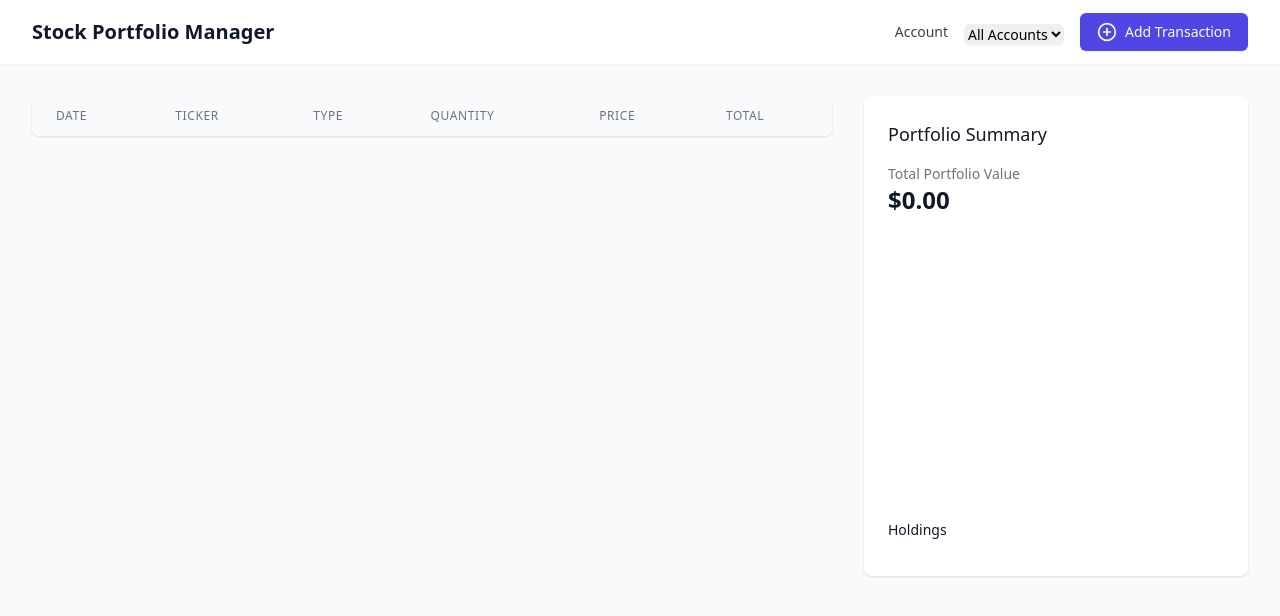
Repository: gpierre004/stock_portfolio_management
Page: /
These files come from the project's save history. The page is drawn as it stood at one moment and after the next save; the edit follows.
The browser window is 1280 px wide. The pictures show the whole page.
The page's requests for data from a server got no answer. The project was rebuilt for these pictures with package versions that can differ from the ones it lists, and the page was loaded fresh each time. No one was signed in, and anything a server would have sent is missing. Also part of the build but not shown: vite.config.ts, src/components/TransactionForm.tsx, src/components/ErrorBoundary.tsx.

Above is the page before, as saved 2024-11-22 20:16:00.

### src/App.tsx
import React from 'react';
import { QueryClient, QueryClientProvider } from '@tanstack/react-query';
import TransactionList from './components/TransactionList';
import TransactionForm from './components/TransactionForm';
import PortfolioSummary from './components/PortfolioSummary';
import AccountSelector from './components/AccountSelector';
import ErrorBoundary from './components/ErrorBoundary';
import { PlusCircle } from 'lucide-react';

const queryClient = new QueryClient();

function App() {
  const [isFormOpen, setIsFormOpen] = React.useState(false);
  const [selectedAccountId, setSelectedAccountId] = React.useState<number | null>(null);

  return (
    <QueryClientProvider client={queryClient}>
      <div className="min-h-screen bg-gray-50">
        <nav className="bg-white shadow-sm">
          <div className="max-w-7xl mx-auto px-4 sm:px-6 lg:px-8">
            <div className="flex justify-between h-16 items-center">
              <h1 className="text-xl font-semibold text-gray-900">Stock Portfolio Manager</h1>
              <div className="flex items-center space-x-4">
                <AccountSelector
                  selectedAccountId={selectedAccountId}
                  onAccountChange={setSelectedAccountId}
                />
                <button
                  onClick={() => setIsFormOpen(true)}
                  className="inline-flex items-center px-4 py-2 border border-transparent text-sm font-medium rounded-md shadow-sm text-white bg-indigo-600 hover:bg-indigo-700 focus:outline-none focus:ring-2 focus:ring-offset-2 focus:ring-indigo-500"
                >
                  <PlusCircle className="w-5 h-5 mr-2" />
                  Add Transaction
                </button>
              </div>
            </div>
          </div>
        </nav>

        <main className="max-w-7xl mx-auto px-4 sm:px-6 lg:px-8 py-8">
          <div className="grid grid-cols-1 lg:grid-cols-3 gap-8">
            <div className="lg:col-span-2">
              <ErrorBoundary>
                <TransactionList accountId={selectedAccountId} />
              </ErrorBoundary>
            </div>
            <div>
              <ErrorBoundary>
                <PortfolioSummary accountId={selectedAccountId} />
              </ErrorBoundary>
            </div>
          </div>
        </main>

        {isFormOpen && (
          <TransactionForm
            onClose={() => setIsFormOpen(false)}
            accountId={selectedAccountId}
          />
        )}
      </div>
    </QueryClientProvider>
  );
}

export default App;

### src/components/TransactionList.tsx
import React from 'react';
import { useQuery } from '@tanstack/react-query';
import axios from 'axios';
import {
  createColumnHelper,
  flexRender,
  getCoreRowModel,
  useReactTable,
  getSortedRowModel,
} from '@tanstack/react-table';
import { format } from 'date-fns';

interface Transaction {
  purchase_id: number;
  ticker: string;
  purchase_date: string;
  quantity: number;
  type: string;
  purchase_price: number;
  description?: string;
  comment?: string;
  account_id?: number;
}

interface TransactionListProps {
  accountId: number | null;
}

const columnHelper = createColumnHelper<Transaction>();

const columns = [
  columnHelper.accessor('purchase_date', {
    header: 'Date',
    cell: (info) => format(new Date(info.getValue()), 'MM/dd/yyyy'),
  }),
  columnHelper.accessor('ticker', {
    header: 'Ticker',
  }),
  columnHelper.accessor('type', {
    header: 'Type',
  }),
  columnHelper.accessor('quantity', {
    header: 'Quantity',
    cell: (info) => info.getValue().toFixed(5),
  }),
  columnHelper.accessor('purchase_price', {
    header: 'Price',
    cell: (info) => `$${info.getValue().toFixed(2)}`,
  }),
  columnHelper.accessor(
    row => row.quantity * row.purchase_price,
    {
      id: 'total',
      header: 'Total',
      cell: (info) => `$${info.getValue().toFixed(2)}`,
    }
  ),
];

export default function TransactionList({ accountId }: TransactionListProps) {
  const { data: transactions = [] } = useQuery({
    queryKey: ['transactions', accountId],
    queryFn: async () => {
      const url = accountId
        ? `http://localhost:3000/api/transactions?accountId=${accountId}`
        : 'http://localhost:3000/api/transactions';
      const { data } = await axios.get(url);
      return data;
    },
  });

  const table = useReactTable({
    data: transactions,
    columns,
    getCoreRowModel: getCoreRowModel(),
    getSortedRowModel: getSortedRowModel(),
  });

  return (
    <div className="bg-white shadow rounded-lg overflow-hidden">
      <div className="overflow-x-auto">
        <table className="min-w-full divide-y divide-gray-200">
          <thead className="bg-gray-50">
            {table.getHeaderGroups().map(headerGroup => (
              <tr key={headerGroup.id}>
                {headerGroup.headers.map(header => (
                  <th
                    key={header.id}
                    className="px-6 py-3 text-left text-xs font-medium text-gray-500 uppercase tracking-wider"
                  >
                    {flexRender(
                      header.column.columnDef.header,
                      header.getContext()
                    )}
                  </th>
                ))}
              </tr>
            ))}
          </thead>
          <tbody className="bg-white divide-y divide-gray-200">
            {table.getRowModel().rows.map(row => (
              <tr key={row.id}>
                {row.getVisibleCells().map(cell => (
                  <td
                    key={cell.id}
                    className="px-6 py-4 whitespace-nowrap text-sm text-gray-500"
                  >
                    {flexRender(cell.column.columnDef.cell, cell.getContext())}
                  </td>
                ))}
              </tr>
            ))}
          </tbody>
        </table>
      </div>
    </div>
  );
}

### src/components/PortfolioSummary.tsx
import React from 'react';
import { useQuery } from '@tanstack/react-query';
import axios from 'axios';
import { PieChart, Pie, Cell, ResponsiveContainer, Legend } from 'recharts';

const COLORS = ['#0088FE', '#00C49F', '#FFBB28', '#FF8042', '#8884d8'];

interface Holding {
  ticker: string;
  total_quantity: number;
  total_value: number;
}

interface PortfolioSummaryProps {
  accountId: number | null;
}

export default function PortfolioSummary({ accountId }: PortfolioSummaryProps) {
  const { data: holdings = [] } = useQuery<Holding[]>({
    queryKey: ['portfolio', accountId],
    queryFn: async () => {
      const url = accountId
        ? `http://localhost:3000/api/transactions/portfolio/summary?accountId=${accountId}`
        : 'http://localhost:3000/api/transactions/portfolio/summary';
      const { data } = await axios.get(url);
      return data;
    },
  });

  const totalValue = holdings.reduce((sum, holding) => sum + holding.total_value, 0);

  return (
    <div className="bg-white shadow rounded-lg p-6">
      <h2 className="text-lg font-medium text-gray-900 mb-4">Portfolio Summary</h2>

      <div className="mb-6">
        <p className="text-sm text-gray-500">Total Portfolio Value</p>
        <p className="text-2xl font-semibold text-gray-900">
          ${totalValue.toFixed(2)}
        </p>
      </div>

      <div className="h-64">
        <ResponsiveContainer width="100%" height="100%">
          <PieChart>
            <Pie
              data={holdings}
              dataKey="total_value"
              nameKey="ticker"
              cx="50%"
              cy="50%"
              outerRadius={80}
              label={({ ticker }) => ticker}
            >
              {holdings.map((_, index) => (
                <Cell key={`cell-${index}`} fill={COLORS[index % COLORS.length]} />
              ))}
            </Pie>
            <Legend />
          </PieChart>
        </ResponsiveContainer>
      </div>

      <div className="mt-6">
        <h3 className="text-sm font-medium text-gray-900 mb-3">Holdings</h3>
        <div className="space-y-2">
          {holdings.map((holding) => (
            <div key={holding.ticker} className="flex justify-between">
              <div>
                <span className="text-sm font-medium text-gray-900">{holding.ticker}</span>
                <span className="text-sm text-gray-500 ml-2">
                  ({holding.total_quantity.toFixed(5)} shares)
                </span>
              </div>
              <span className="text-sm text-gray-900">
                ${holding.total_value.toFixed(2)}
              </span>
            </div>
          ))}
        </div>
      </div>
    </div>
  );
}

### src/components/AccountSelector.tsx
import React from 'react';
import { useQuery } from '@tanstack/react-query';
import axios from 'axios';
import { Account } from '../../server/types/account';

interface AccountSelectorProps {
  selectedAccountId: number | null;
  onAccountChange: (accountId: number | null) => void;
}

export default function AccountSelector({ selectedAccountId, onAccountChange }: AccountSelectorProps) {
  const { data: accounts = [] } = useQuery<Account[]>({
    queryKey: ['accounts'],
    queryFn: async () => {
      // TODO: Replace with actual user ID from auth
      const userId = 1;
      const { data } = await axios.get(`http://localhost:3000/api/accounts/user/${userId}`);
      return data;
    },
  });

  return (
    <div className="flex items-center space-x-4">
      <label htmlFor="account" className="text-sm font-medium text-gray-700">
        Account
      </label>
      <select
        id="account"
        value={selectedAccountId || ''}
        onChange={(e) => onAccountChange(e.target.value ? parseInt(e.target.value) : null)}
        className="mt-1 block w-full rounded-md border-gray-300 shadow-sm focus:border-indigo-500 focus:ring-indigo-500 sm:text-sm"
      >
        <option value="">All Accounts</option>
        {accounts.map((account) => (
          <option key={account.account_id} value={account.account_id}>
            {account.name} (${account.balance.toFixed(2)})
          </option>
        ))}
      </select>
    </div>
  );
}

Loaded but not shown: index.html (common file); src/main.tsx (common file); src/index.css (common file); tailwind.config.js (common file)

After the next save:
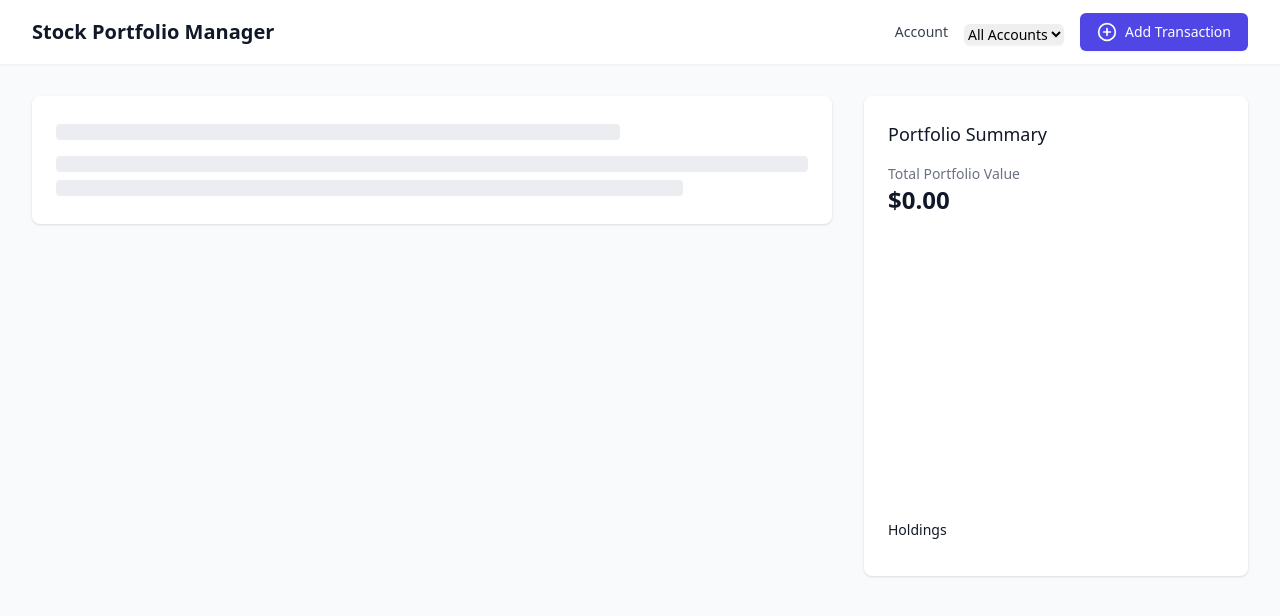
Saved 50 s later.
--- a/src/components/TransactionList.tsx
+++ b/src/components/TransactionList.tsx
@@ -58,14 +58,21 @@ const columns = [
 ];
 
 export default function TransactionList({ accountId }: TransactionListProps) {
-  const { data: transactions = [] } = useQuery({
+  const { data: transactions = [], error, isError, isLoading } = useQuery({
     queryKey: ['transactions', accountId],
     queryFn: async () => {
-      const url = accountId
-        ? `http://localhost:3000/api/transactions?accountId=${accountId}`
-        : 'http://localhost:3000/api/transactions';
-      const { data } = await axios.get(url);
-      return data;
+      try {
+        const url = accountId
+          ? `http://localhost:3000/api/transactions?accountId=${accountId}`
+          : 'http://localhost:3000/api/transactions';
+        const { data } = await axios.get(url);
+        return data;
+      } catch (error) {
+        if (axios.isAxiosError(error)) {
+          throw new Error(error.response?.data?.message || 'Failed to fetch transactions');
+        }
+        throw error;
+      }
     },
   });
 
@@ -75,6 +82,42 @@ export default function TransactionList({ accountId }: TransactionListProps) {
     getCoreRowModel: getCoreRowModel(),
     getSortedRowModel: getSortedRowModel(),
   });
+
+  if (isLoading) {
+    return (
+      <div className="bg-white shadow rounded-lg p-6">
+        <div className="animate-pulse flex space-x-4">
+          <div className="flex-1 space-y-4 py-1">
+            <div className="h-4 bg-gray-200 rounded w-3/4"></div>
+            <div className="space-y-2">
+              <div className="h-4 bg-gray-200 rounded"></div>
+              <div className="h-4 bg-gray-200 rounded w-5/6"></div>
+            </div>
+          </div>
+        </div>
+      </div>
+    );
+  }
+
+  if (isError) {
+    return (
+      <div className="bg-white shadow rounded-lg p-6">
+        <div className="text-red-600">
+          {error instanceof Error ? error.message : 'An error occurred while fetching transactions'}
+        </div>
+      </div>
+    );
+  }
+
+  if (!transactions.length) {
+    return (
+      <div className="bg-white shadow rounded-lg p-6">
+        <div className="text-gray-500 text-center">
+          No transactions found. Add a transaction to get started.
+        </div>
+      </div>
+    );
+  }
 
   return (
     <div className="bg-white shadow rounded-lg overflow-hidden">
